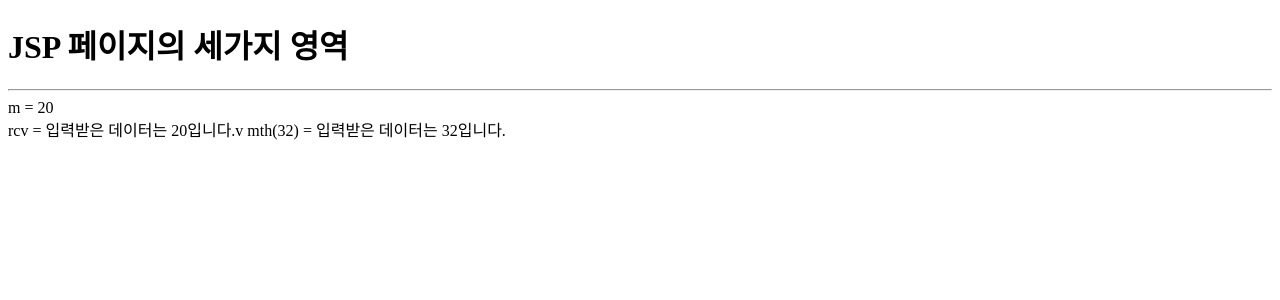
Repository: hyunh84/jsp_study
Page: http://localhost/Day01/j05_JSP.jsp
The author's editor kept a copy of each file at every save. The page is drawn from the files as they stood at one save, then again after the next save.
The browser window is 1280 px wide. The pictures show the whole page.
The page is served by Tomcat 9.

Above is the page before, as saved 2015-09-05 04:42:33.

### MyWorks/Day01/WebContent/j05_JSP.jsp
<%@ page language="java" contentType="text/html; charset=utf-8"
    pageEncoding="EUC-KR"%>
<!DOCTYPE html>
<html>
<head>
<meta charset="utf-8">
<title>Insert title here</title>
</head>
<body>

	<h1>JSP 페이지의 세가지 영역</h1>
	<hr>
	<%-- 선언부
		1. <%! %> 기호로 표현되는 영역
		2. 기능을 수행하는 자바의 메소드를 정의할 수 있는 영역
		3. 선언부에 변수를 선언하면, 전역변수의 의미를 가진다.

	 --%>

	 <%!
	 	String mth(int data) {

		 	return "입력받은 데이터는 " + data + "입니다.";
	 	}

	 	int ret() {
	 		return gdata;
	 	}

	 	int gdata = 100;
	 %>




	  <%
	  		int m = 20;

	  		String rcv = mth(m);

// 	  		에러 : mth(pp);
// 	  		=> 지역변수로 인식되므로, 에러

	  		int pp = 40;
	  %>


	   <%--
	 		표현식 (Expression) :
	 			1. <%= %>기호로 표현되는 영역
	 			2. 값을 출력할 때 사용된다.
	 			3. 메소드의 리턴값 출력 가능

	  --%>

	  m = <%= m %> <br />
	  rcv = <%= rcv %>v
	  mth(32) = <%= mth(32) %>



</body>
</html>

After the next save:
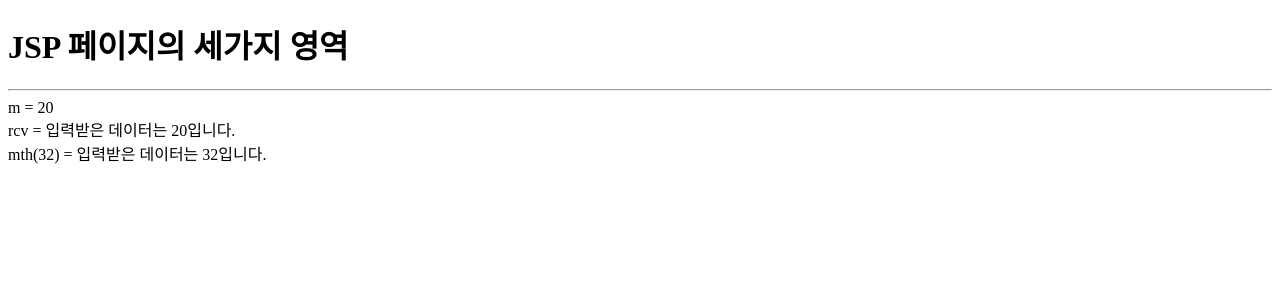
Saved 4 s later.
--- a/MyWorks/Day01/WebContent/j05_JSP.jsp
+++ b/MyWorks/Day01/WebContent/j05_JSP.jsp
@@ -54,7 +54,7 @@
 	  --%>
 
 	  m = <%= m %> <br />
-	  rcv = <%= rcv %>v
+	  rcv = <%= rcv %> <br />
 	  mth(32) = <%= mth(32) %>
 
 
